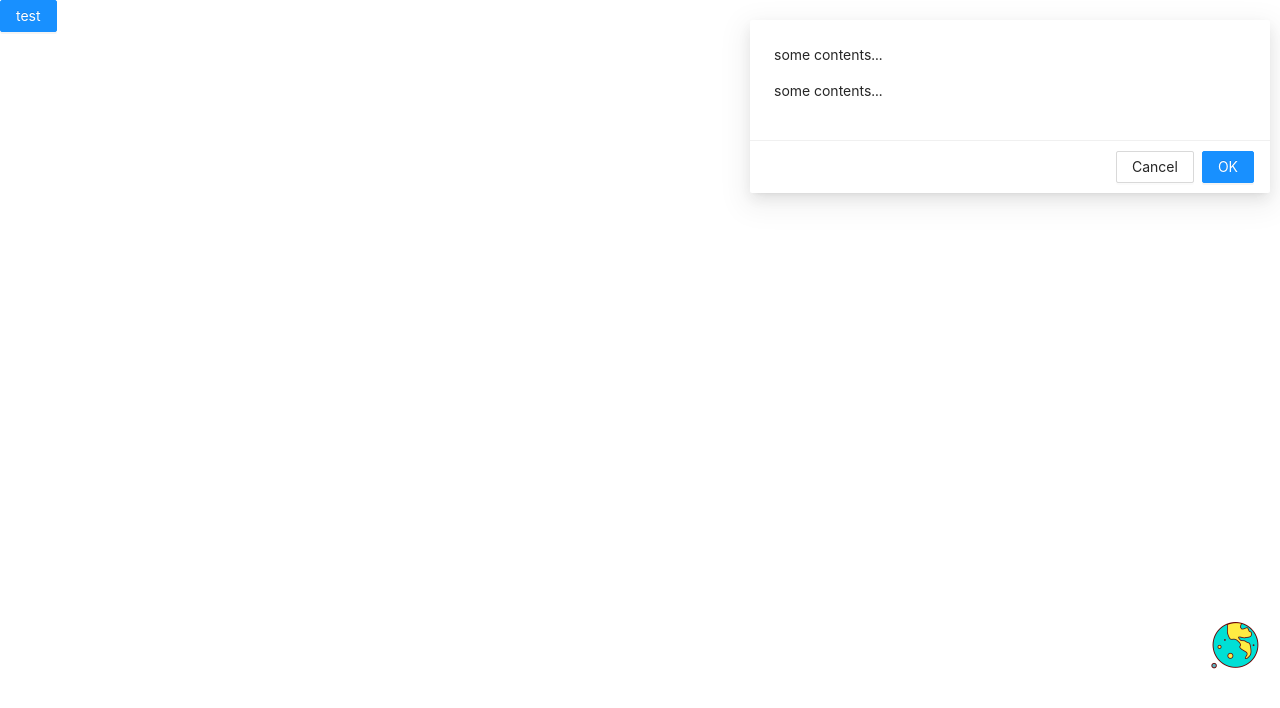
Repository: martisss/crx
Page: /, after clicking the first element matching `div.sc-gEvEer`
The author's editor kept a copy of each file at every save. The page is drawn from the files as they stood at one save, then again after the next save.
The browser window is 1280 px wide. The pictures show the whole page.
The project was rebuilt for these pictures with package versions that can differ from the ones it lists, and the page was loaded fresh each time.

Above is the page before, as saved 2022-08-06 23:48:43.

After the next save:
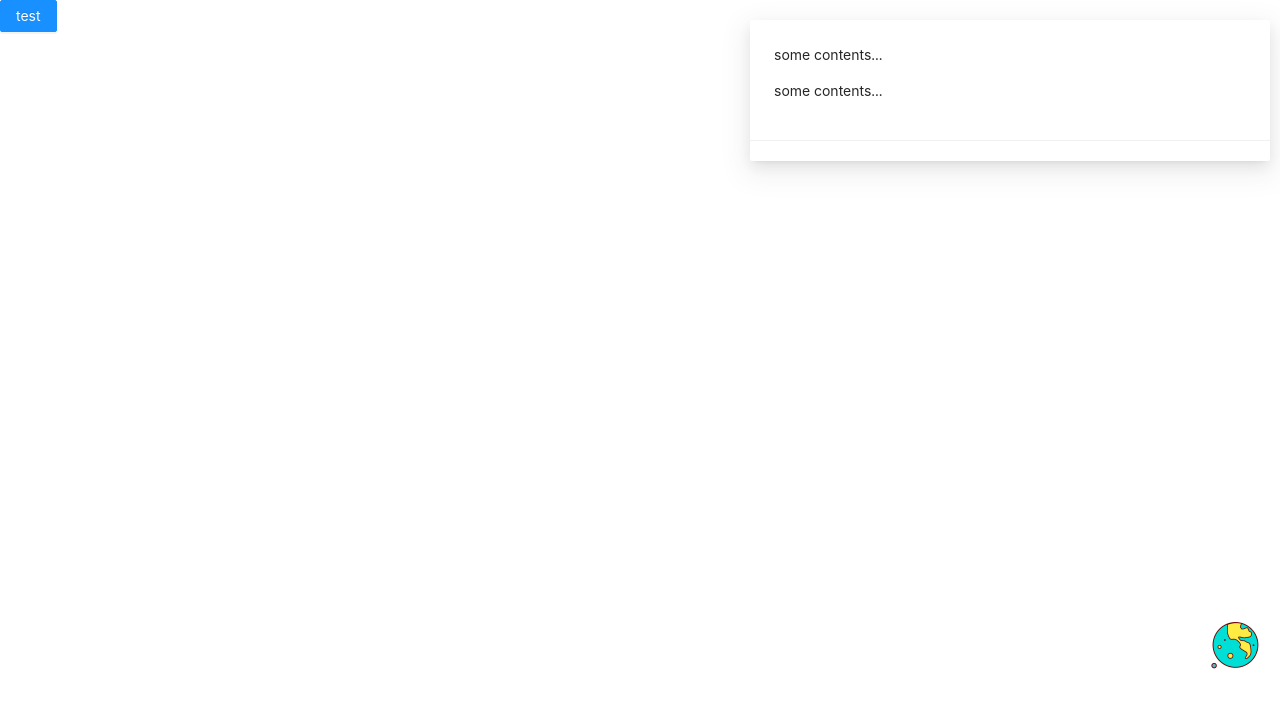
Saved 2 min 39 s later.
--- a/src/content/components/MainModal/index.tsx
+++ b/src/content/components/MainModal/index.tsx
@@ -18,6 +18,7 @@ const MainModal = (props: {
         modalRender={modal => <Wrapper>{modal}</Wrapper>}
         closable={false}
         mask={false}
+        footer
       >
         {children}
       </Modal>
